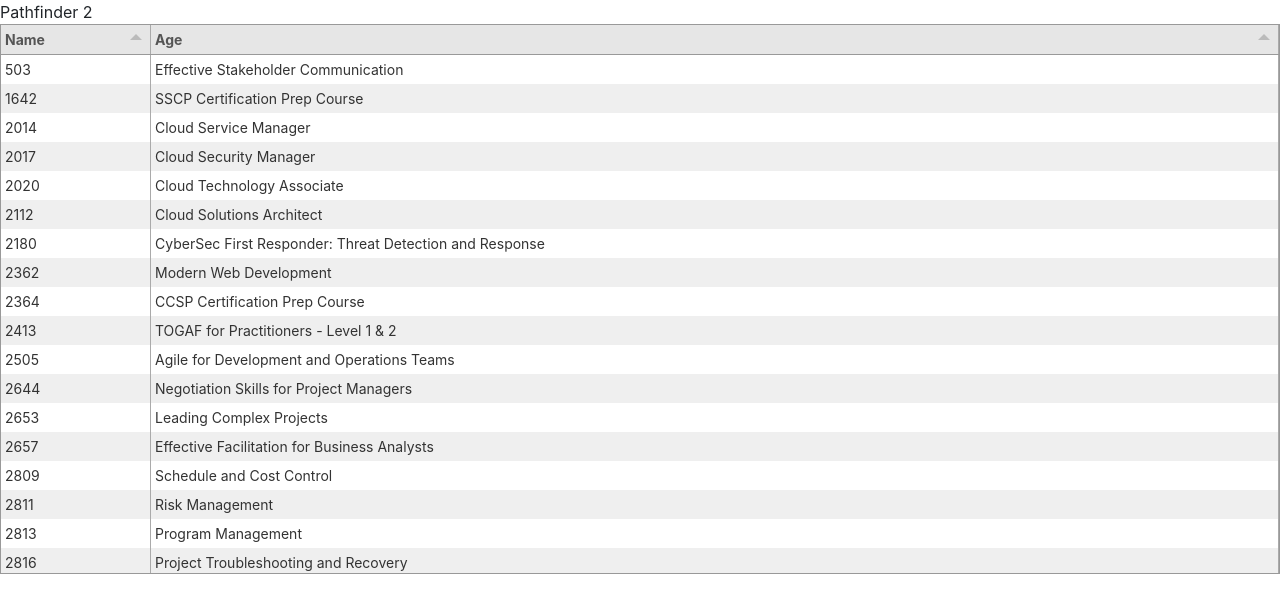
Repository: t1s1/pathfinder2
Page: index.html
The author's editor kept a record of every edit. The page is drawn from the files as they stood at one moment, then again after the next edit.
The browser window is 1280 px wide. The pictures show the whole page.
An inner scrolling area shows only its first screen.

Above is the page before.

After the next edit:
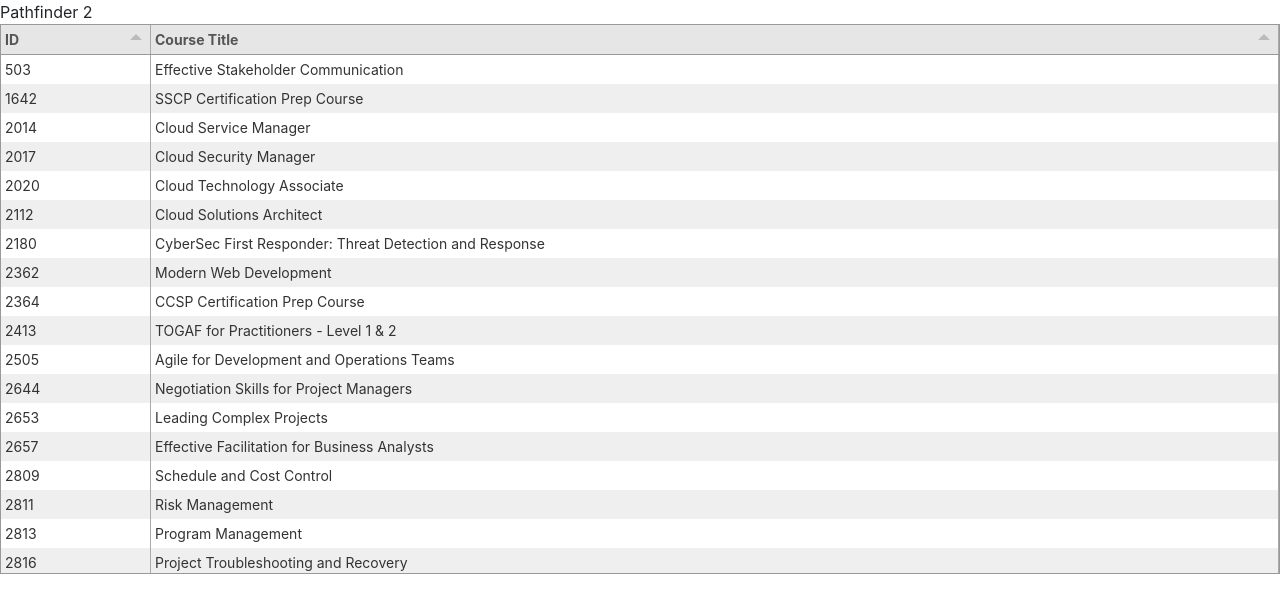
The edit:
--- a/index.html
+++ b/index.html
@@ -53,8 +53,8 @@
        	data:data_arr,
        	layout:"fitColumns", //fit columns to width of table (optional)
        	columns:[ //Define Table Columns
-       	 	{title:"Name", field:"COURSE_ID", width:150},
-       	 	{title:"Age", field:"NAME"}
+       	 	{title:"ID", field:"COURSE_ID", width:150},
+       	 	{title:"Course Title", field:"NAME"}
        	],
        	rowClick:function(e, row){ //trigger an alert message when the row is clicked
        			alert("Row " + row.getData().id + " Clicked!!!!");
